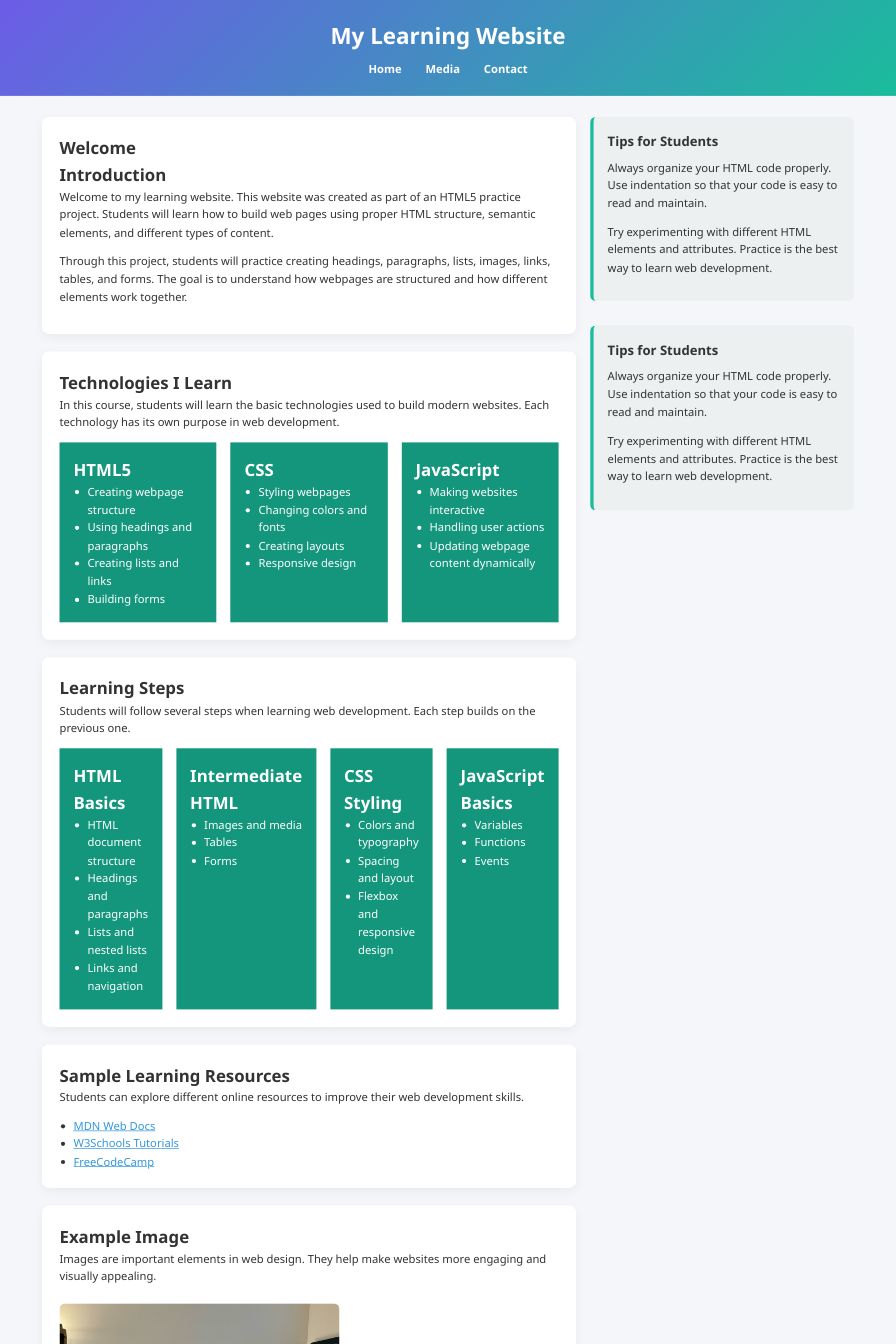
Repository: Than-sothearak/web_client_programing
Page: Week_03/index.html
An editor plug-in stored every save of this project. The page is shown before and after the next save, followed by the edit.
The browser window is 1280 px wide. The pictures show the part of the page from y = 0 to 1920 px (the page is 2722 px tall), at 70% of full size.

Above is the page before, as saved 2026-03-24 22:05:38.

### Week_03/index.html
<!doctype html>
<html lang="en">
  <head>
    <meta charset="UTF-8" />
    <meta name="viewport" content="width=device-width, initial-scale=1.0" />
    <title>Week 3</title>
    <link rel="stylesheet" href="styles.css" />
  </head>
  <body>
    <header>
      <h1>My Learning Website</h1>

      <nav>
        <ul>
          <li><a href="index.html">Home</a></li>
          <li><a href="gallery.html">Media</a></li>
          <li><a href="contact.html">Contact</a></li>
        </ul>
      </nav>
    </header>

    <main>
      <div>
        <section>
          <h2>Welcome</h2>

          <article>
            <h2>Introduction</h2>
            <p>
              Welcome to my learning website. This website was created as part
              of an HTML5 practice project. Students will learn how to build web
              pages using proper HTML structure, semantic elements, and
              different types of content.
            </p>

            <p>
              Through this project, students will practice creating headings,
              paragraphs, lists, images, links, tables, and forms. The goal is
              to understand how webpages are structured and how different
              elements work together.
            </p>
          </article>
        </section>

        <section>
          <h2>Technologies I Learn</h2>

          <p>
            In this course, students will learn the basic technologies used to
            build modern websites. Each technology has its own purpose in web
            development.
          </p>

          <ul class="card-container">
            <li class="card">
              <h2>HTML5</h2>
              <ul>
                <li>Creating webpage structure</li>
                <li>Using headings and paragraphs</li>
                <li>Creating lists and links</li>
                <li>Building forms</li>
              </ul>
            </li>

            <li class="card">
              <h2>CSS</h2>
              <ul>
                <li>Styling webpages</li>
                <li>Changing colors and fonts</li>
                <li>Creating layouts</li>
                <li>Responsive design</li>
              </ul>
            </li>

            <li class="card">
              <h2>JavaScript</h2>
              <ul>
                <li>Making websites interactive</li>
                <li>Handling user actions</li>
                <li>Updating webpage content dynamically</li>
              </ul>
            </li>
          </ul>
        </section>

        <section>
          <h2>Learning Steps</h2>

          <p>
            Students will follow several steps when learning web development.
            Each step builds on the previous one.
          </p>

          <ol class="card-container">
            <li class="card">
              <h2>HTML Basics</h2>
              <ul>
                <li>HTML document structure</li>
                <li>Headings and paragraphs</li>
                <li>Lists and nested lists</li>
                <li>Links and navigation</li>
              </ul>
            </li>

            <li class="card">
              <h2>Intermediate HTML</h2>
              <ul>
                <li>Images and media</li>
                <li>Tables</li>
                <li>Forms</li>
              </ul>
            </li>

            <li class="card">
              <h2>CSS Styling</h2>
              <ul>
                <li>Colors and typography</li>
                <li>Spacing and layout</li>
                <li>Flexbox and responsive design</li>
              </ul>
            </li>

            <li class="card">
              <h2>JavaScript Basics</h2>
              <ul>
                <li>Variables</li>
                <li>Functions</li>
                <li>Events</li>
              </ul>
            </li>
          </ol>
        </section>

        <section>
          <h2>Sample Learning Resources</h2>

          <p>
            Students can explore different online resources to improve their web
            development skills.
          </p>

          <ul>
            <li>
              <a href="https://developer.mozilla.org" target="_blank">
                MDN Web Docs
              </a>
            </li>

            <li>
              <a href="https://www.w3schools.com" target="_blank">
                W3Schools Tutorials
              </a>
            </li>

            <li>
              <a href="https://www.freecodecamp.org" target="_blank">
                FreeCodeCamp
              </a>
            </li>
          </ul>
        </section>

        <section>
          <h2>Example Image</h2>

          <p>
            Images are important elements in web design. They help make websites
            more engaging and visually appealing.
          </p>

          <img src="../images/computer.png" alt="Computer setup" width="400" />
        </section>

        <section>
          <h2>Example Table</h2>

          <p>
            Tables are useful for displaying structured information such as
            schedules, scores, or product lists.
          </p>

          <table>
            <tr>
              <th>Topic</th>
              <th>Description</th>
              <th>Difficulty</th>
            </tr>

            <tr>
              <td>HTML</td>
              <td>Structure of webpages</td>
              <td>Beginner</td>
            </tr>

            <tr>
              <td>CSS</td>
              <td>Styling webpages</td>
              <td>Beginner</td>
            </tr>

            <tr>
              <td>JavaScript</td>
              <td>Web interactivity</td>
              <td>Intermediate</td>
            </tr>
          </table>
        </section>
      </div>

      <aside>
        <div class="aside-card">
          <h3>Tips for Students</h3>

          <p>
            Always organize your HTML code properly. Use indentation so that
            your code is easy to read and maintain.
          </p>

          <p>
            Try experimenting with different HTML elements and attributes.
            Practice is the best way to learn web development.
          </p>
        </div>

        <div class="aside-card">
          <h3>Tips for Students</h3>

          <p>
            Always organize your HTML code properly. Use indentation so that
            your code is easy to read and maintain.
          </p>

          <p>
            Try experimenting with different HTML elements and attributes.
            Practice is the best way to learn web development.
          </p>
        </div>
      </aside>
    </main>
    <footer>
      <p>© 2026 Student Learning Website</p>
    </footer>
  </body>
</html>

### Week_03/styles.css
/* Reset basic spacing */

/* Reset */

* {
  margin: 0;
  padding: 0;
  box-sizing: border-box;
}

/* Body */

body {
  font-family: "Segoe UI", Arial, sans-serif;
  background: #f4f6f9;
  color: #333;
  line-height: 1.6;
}


/* Header */

header {
  background: linear-gradient(135deg, #6c5ce7, #1abc9c);
  color: white;
  padding: 25px 20px;
  text-align: center;
}

/* Navigation */

nav ul {
  list-style: none;
  margin-top: 10px;
}

nav ul li {
  display: inline-block;
  margin: 0 15px;
}

nav a {
  color: white;
  text-decoration: none;
  font-weight: 600;
  transition: 0.3s;
}

nav a:hover {
  color: #1abc9c;
}

/* Main container */

main {
  display: flex;
   max-width: 1200px;
   gap: 20px;
  margin: auto;
  padding: 30px 20px;
}


/* Section cards */

section {
  background: white;
  padding: 25px;
  margin-bottom: 25px;
  border-radius: 10px;
  box-shadow: 0 5px 15px rgba(0, 0, 0, 0.05);
}

/* Headings */

h1 {
  font-size: 32px;
  margin-bottom: 10px;
}

h3 {
  margin-bottom: 10px;
}

/* Paragraph */

p {
  margin-bottom: 15px;
}

/* Lists */

.card-container {
  display: flex;
  gap: 20px;
  list-style: none;
}

.card-container li {
  margin-left: 0px;
}

.card {
  padding: 20px;
  color: white;
  width: 100%;
  background-color: #13967c;
}
.card li {
  margin-left: 20px;
}

li {
  margin-left: 20px;
  list-style: disc;
}

/* Links */

a {
  color: #3498db;
}

a:hover {
  text-decoration: underline;
}

/* Image styling */

img {
  max-width: 100%;
  height: auto;
  border-radius: 8px;
  margin-top: 10px;
}

/* Table */

table {
  width: 100%;
  border-collapse: collapse;
  margin-top: 10px;
}

th,
td {
  padding: 12px;
  text-align: left;
  border-bottom: 1px solid #ddd;
}

th {
  background: #1abc9c;
  color: white;
}

tr:hover {
  background: #f1f1f1;
}

/* Aside */

aside {
display: flex;
flex-direction: column;
gap: 10px;
}

.aside-card {
  background: #ecf0f1;
  padding: 20px;
  border-left: 5px solid #1abc9c;
  border-radius: 8px;
  margin-bottom: 25px;
}


/* Footer */

footer {
  text-align: center;
  background: #1abc9c;
  color: white;
  padding: 15px;
  margin-top: 20px;
}

/* Responsive Design */

@media (max-width: 768px) {
  nav ul li {
    display: block;
    margin: 10px 0;
  }

  main {
    padding: 20px 15px;
  }

  h1 {
    font-size: 26px;
  }
}

.images-gallery {
  width: 100%;
  display: flex;
  flex-wrap: wrap;
  gap: 20px;
}

.images-gallery figure {
  flex: 1 1 calc(50% - 20px);
}

.images-gallery img {
  width: 100%;
  height: auto;
}

figcaption {
  margin-top: 8px;
  font-size: 14px;
  color: #555;
}

@media (max-width: 768px) {
  .images-gallery {
    flex-direction: column;
    align-items: center;
  }
}

After the next save:
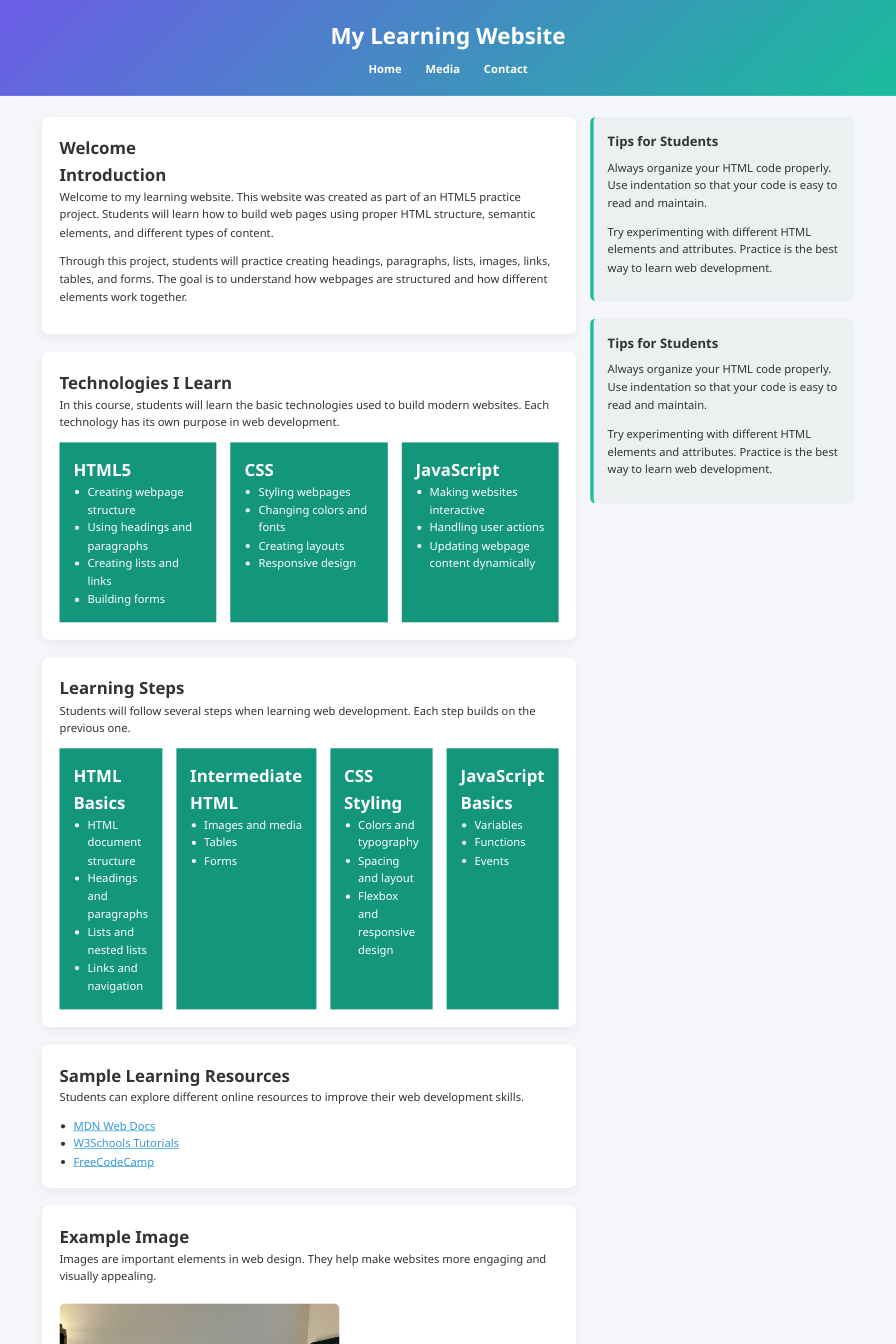
Saved 4 s later.
--- a/Week_03/styles.css
+++ b/Week_03/styles.css
@@ -163,7 +163,6 @@ tr:hover {
 aside {
 display: flex;
 flex-direction: column;
-gap: 10px;
 }
 
 .aside-card {
